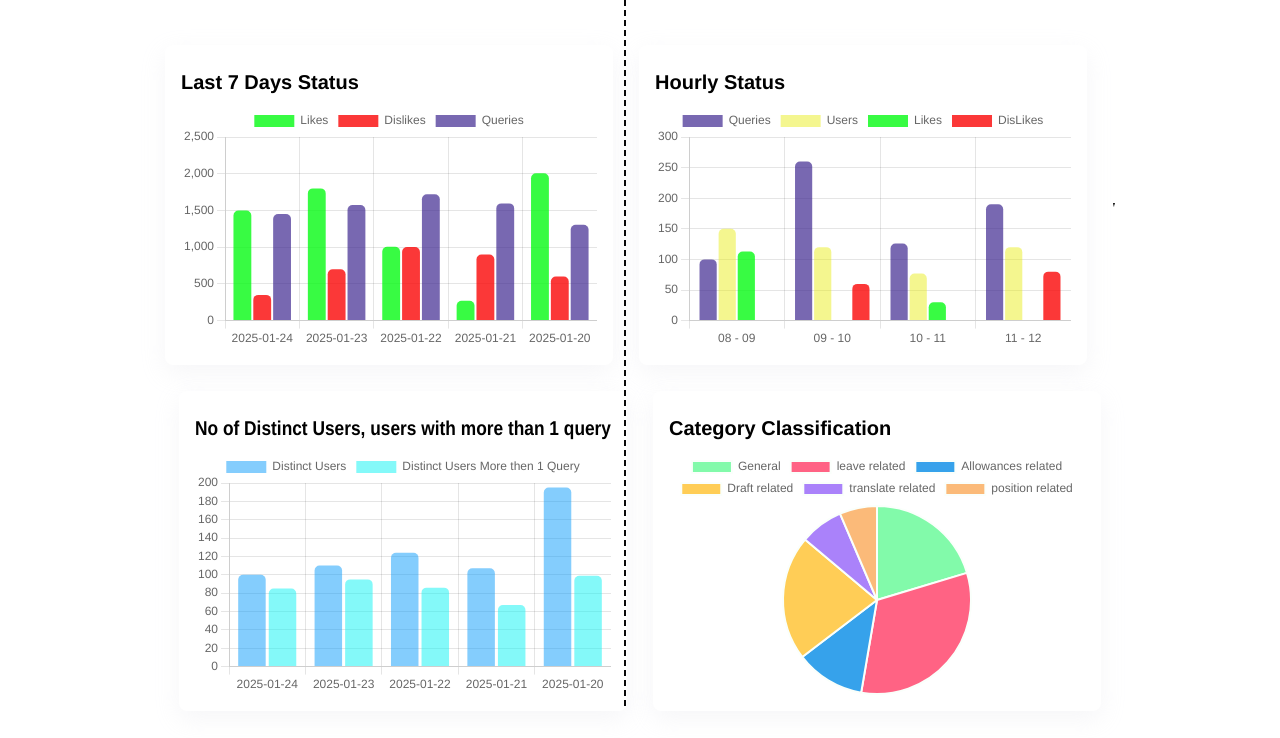
Repository: NAGARAJ-DEVELOPER/Dashboard
Page: /
These files come from the project's save history. The page is drawn as it stood at one moment and after the next save; the edit follows.
The browser window is 1280 px wide. The pictures show the whole page.
The project was rebuilt for these pictures with package versions that can differ from the ones it lists, and the page was loaded fresh each time. Also part of the build but not shown: vite.config.js.

Above is the page before, as saved 2025-02-12 00:47:40.

### src/App.jsx
import React from "react";
import { Chart as ChartJS, defaults } from "chart.js/auto";
import { Bar, Doughnut, Line, Pie } from "react-chartjs-2";

import "./App.css";


import sourceData from "./data/sourceData.json";
import Week from "./data/7days.json";
import toady from "./data/Today.json";
import user from "./data/Users.json";
import category from "./data/Category.json";

defaults.maintainAspectRatio = false;
defaults.responsive = true;

defaults.plugins.title.display = true;
defaults.plugins.title.align = "start";
defaults.plugins.title.font.size = 20;
defaults.plugins.title.color = "black";

export const App = () => {


  return (
   <>
   <div>
    <br></br>

   </div>
    <div className="App">

        <div className="dataCard categoryCard">
        <Bar
          data={{
            labels: Week.map((data) => data.DATE1),
            datasets: [
              {
                label: "Likes",
                data: Week.map((data) => data.number_of_likes),
                backgroundColor: [
             "rgba(7, 250, 20, 0.8)",
                ],
                borderRadius: 5,
              },
              {
                label: "Dislikes",
                data: Week.map((data) => data.number_of_dislikes),
                backgroundColor: [

                  "rgba(250, 7, 7, 0.8)",

                ],
                borderRadius: 5,
              },
              {
                label: "Queries",
                data: Week.map((data) => data.number_of_ques),
                backgroundColor: [
                  "rgba(63, 40, 145, 0.7)",
                ],
                borderRadius: 5,
              },
            ],
          }}
          options={{
            plugins: {
              title: {
                text: "Last 7 Days Status",
              },
            },
          }}
        />
      </div>


      <div className="dataCard categoryCard">
        <Bar
          data={{
            labels: toady.map((data) => data.B_TIME),
            datasets: [
              {
                label: "Queries",
                data: toady.map((data) => data.C_Questions),
                backgroundColor: [
                  "rgba(63, 40, 145, 0.7)",
                ],
                borderRadius: 5,
              },
              {
                label: "Users",
                data: toady.map((data) => data.D_Users),
                backgroundColor: [

                  "rgba(231, 235, 8, 0.45)",

                ],
                borderRadius: 5,
              },
              {
                label: "Likes",
                data: toady.map((data) => data.F_Likes),
                backgroundColor: [
                  "rgba(7, 250, 20, 0.8)",
                ],
                borderRadius: 5,
              },
              {
                label: "DisLikes",
                data: toady.map((data) => data.Dis_Likes),
                backgroundColor: [
                  "rgba(250, 7, 7, 0.8)",
                ],
                borderRadius: 5,
              },
            ],
          }}
          options={{
            plugins: {
              title: {
                text: "Hourly Status",
              },
            },
          }}
        />
      </div>
      <hr className="dotted"></hr>
      <div className="vl"></div>

      <div className="dataCard categoryCard">
        <Bar
          data={{
            labels: user.map((data) => data.DATE1),
            datasets: [
              {
                label: "Distinct Users",
                data: user.map((data) => data.number_of_distinct_users),
                backgroundColor: 'rgba(10, 155, 252, 0.5)',
                borderRadius: 5,
              },
              {
                label: "Distinct Users More then 1 Query",
                data: user.map((data) => data.Distinct_Users_more_1query),
                backgroundColor:'rgba(10, 243, 243, 0.5)',
                borderRadius: 5,
              },
            ],
          }}
          options={{
            plugins: {
              title: {
                text: "No of Distinct Users, users with more than 1 query",
              },
            },
          }}
        />
      </div>


      <div className="dataCard categoryCard">
        <Pie
          data={{
            labels: category.map((data) => data.category),
            datasets: [
              {
                label: "Count",
                data: category.map((data) => data.COUNT_CAT),
                backgroundColor: [
                  'rgba(7, 245, 86, 0.5)',
         'rgb(255, 99, 132)',
      'rgb(54, 162, 235)',
      'rgb(255, 205, 86)',
        'rgba(86, 6, 245, 0.5)',
        'rgba(247, 129, 11, 0.55)',
                ],
                borderColor: [
                  'rgb(250, 255, 251)',
                  'rgb(250, 255, 251)',
                  'rgb(250, 255, 251)',
                  'rgb(250, 255, 251)',
                  'rgb(250, 255, 251)',
                  'rgb(250, 255, 251)',
                ],animation :Pie,
              },
            ],
          }}
          options={{
            plugins: {
              title: {
                text: "Category Classification",
              },
            },
          }}
        />
      </div>
    </div>
    </>
  );
};

### src/App.css
.App {
  height: 100vh;
  width: 100%;
  display: flex;
  flex-direction: row;
  align-items: center;
  justify-content: center;
  align-content: center;
  gap: 2vw;
  flex-wrap: wrap;
  background-color: #ffffff;
  overflow: auto;
}

hr.dotted {
  border-top: 3px dashed #0a0a0a;
}
.vl {
  border-left: 2px dashed rgb(8, 8, 8);
  height: 98%;
  position: absolute;
  left: 49%;
  margin-left: -3px;
  top: 0;
}
.dataCard {
  background-color: #ffffff;
  border-radius: 0.5em;
  box-shadow: rgba(208, 210, 218, 0.2) 0px 8px 24px;
  padding: 1em;
}

.revenueCard {
  width: 92%;
  height: 20rem;
}

.customerCard {
  width: 50%;
  height: 20rem;
}

.categoryCard {
  width: 35%;
  height: 20rem;
}

### src/data/sourceData.json
[
  {
    "label": "Queries",
    "value": 327787
  },
  {
    "label": "Likes",
    "value": 45877
  },
  {
    "label": "Dislikes",
    "value": 238787
  }
]

### src/data/7days.json
[
    {  "DATE1": "2025-01-24", "number_of_dislikes": 350, "number_of_likes": 1500,  "number_of_ques": 1452 },
    {  "DATE1": "2025-01-23", "number_of_dislikes": 700, "number_of_likes": 1800,  "number_of_ques": 1574 },
    {  "DATE1": "2025-01-22", "number_of_dislikes": 1003, "number_of_likes": 1005,  "number_of_ques": 1720 },
    {  "DATE1": "2025-01-21", "number_of_dislikes": 900, "number_of_likes": 270,  "number_of_ques": 1596 },
    {  "DATE1": "2025-01-20", "number_of_dislikes": 600, "number_of_likes": 2005,  "number_of_ques": 1304 }
  ]

### src/data/Today.json
[
  { "A_DATE": "2025-01-27", "B_TIME": "08 - 09", "C_Questions": 100, "D_Users": 150 ,"F_Likes": 113},
  { "A_DATE": "2025-01-27",  "B_TIME": "09 - 10", "C_Questions": 260, "D_Users": 120,"Dis_Likes":60},
  { "A_DATE": "2025-01-27", "B_TIME": "10 - 11", "C_Questions": 126, "D_Users": 77, "F_Likes": 30 },
  { "A_DATE": "2025-01-27", "B_TIME": "11 - 12", "C_Questions": 190, "D_Users": 120,"Dis_Likes":80 }
]

### src/data/Users.json
[
  {  "DATE1": "2025-01-24", "number_of_distinct_users": 100, "Distinct_Users_more_1query": 85 },
  {  "DATE1": "2025-01-23", "number_of_distinct_users": 110, "Distinct_Users_more_1query": 95 },
  {  "DATE1": "2025-01-22", "number_of_distinct_users": 124, "Distinct_Users_more_1query": 86  },
  {  "DATE1": "2025-01-21", "number_of_distinct_users": 107, "Distinct_Users_more_1query": 67  },
  {  "DATE1": "2025-01-20", "number_of_distinct_users": 195, "Distinct_Users_more_1query": 99  }
]

### src/data/Category.json
[
  { "category": "General", "COUNT_CAT": 2434 },
  { "category": "leave related", "COUNT_CAT": 3870 },
  { "category": "Allowances related", "COUNT_CAT": 1430 },
  { "category": "Draft related", "COUNT_CAT": 2569 },
  { "category": "translate related", "COUNT_CAT": 891 },
  { "category": "position related", "COUNT_CAT": 770 }
]

Loaded but not shown: index.html (common file); src/main.jsx (common file); src/index.css (common file)

After the next save:
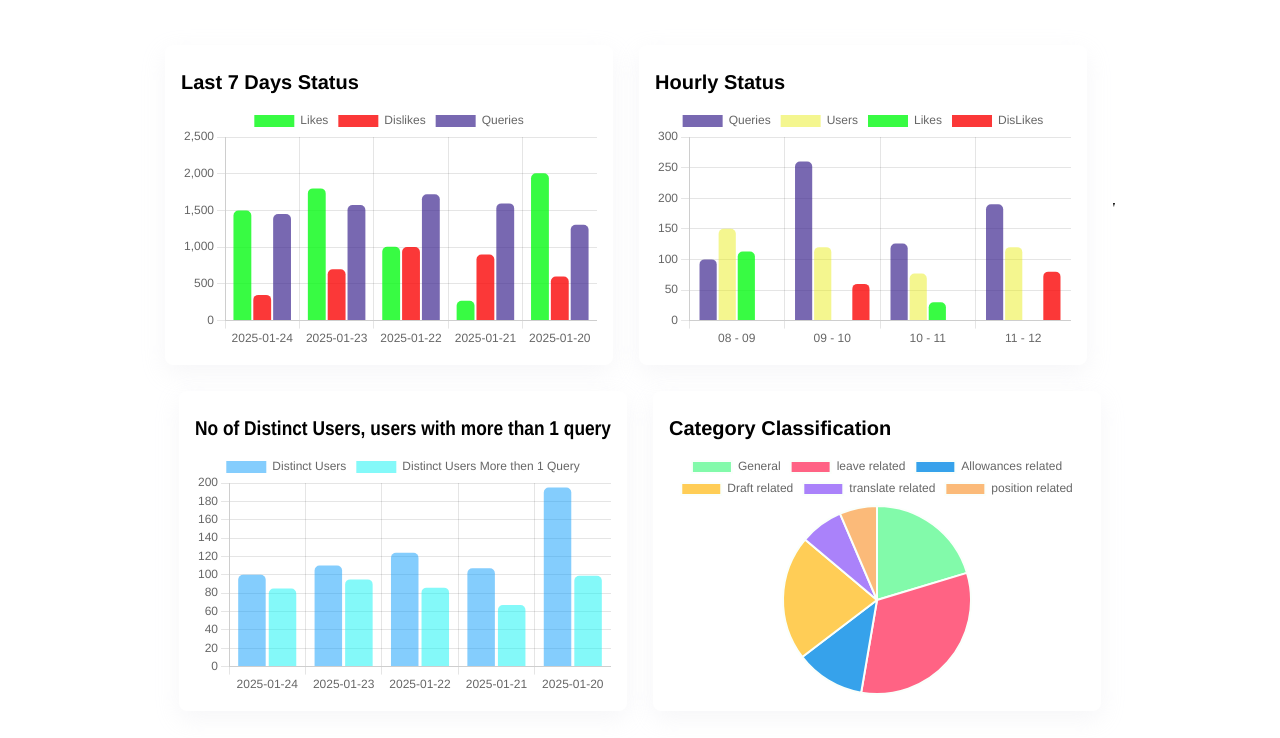
Saved 19 s later.
--- a/src/App.css
+++ b/src/App.css
@@ -16,7 +16,7 @@
   border-top: 3px dashed #0a0a0a;
 }
 .vl {
-  border-left: 2px dashed rgb(8, 8, 8);
+  border-left: 2px darkslateblue rgb(8, 8, 8);
   height: 98%;
   position: absolute;
   left: 49%;

After the save that followed:
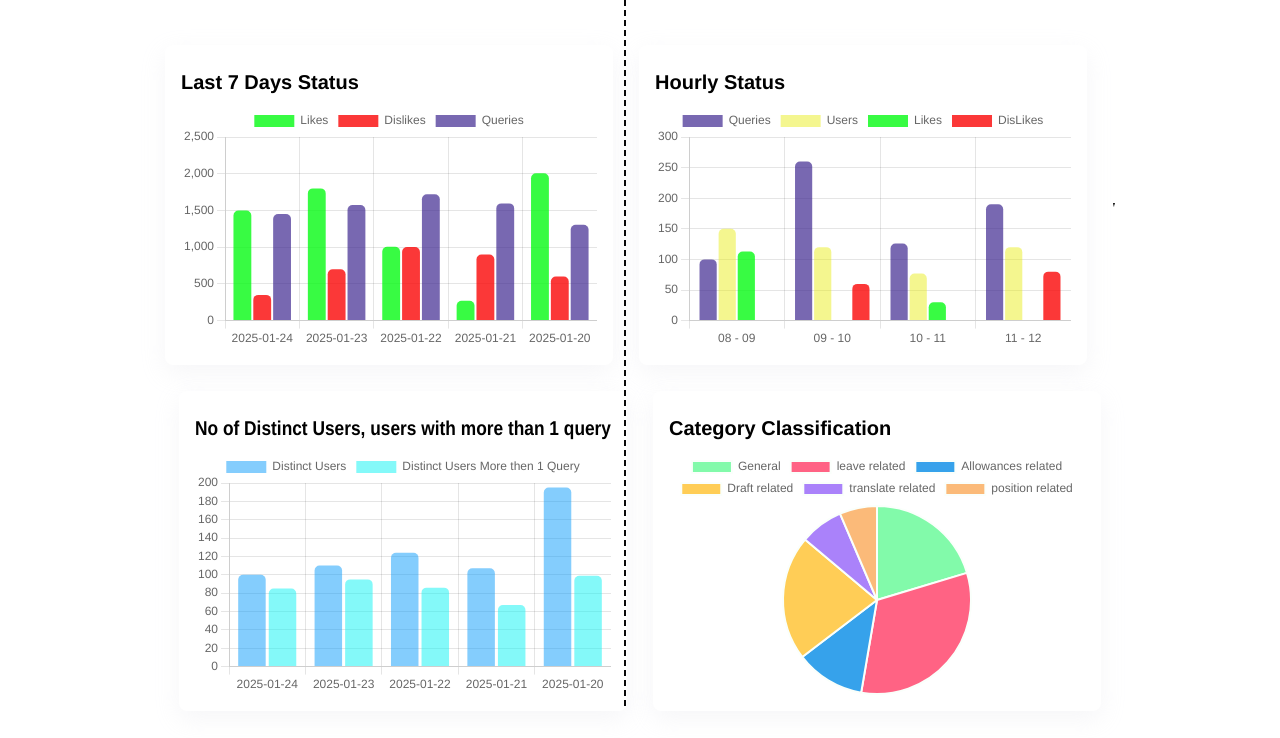
Saved 14 s later.
--- a/src/App.css
+++ b/src/App.css
@@ -16,7 +16,7 @@
   border-top: 3px dashed #0a0a0a;
 }
 .vl {
-  border-left: 2px darkslateblue rgb(8, 8, 8);
+  border-left: 2px dashed rgb(8, 8, 8);
   height: 98%;
   position: absolute;
   left: 49%;
